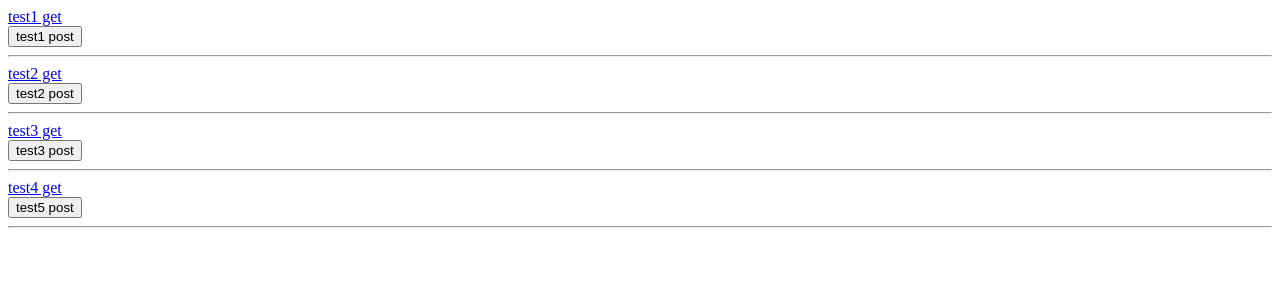
Repository: heojun0827/SpringMvc
Page: http://localhost/RequestMethod/WEB-INF/views/index.jsp
The author's editor kept a copy of each file at every save. The page is drawn from the files as they stood at one save, then again after the next save.
The browser window is 1280 px wide. The pictures show the whole page.
The page is served by Tomcat 9. Nobody is signed in. Other server files are loaded and not shown. The template is opened directly, without the code that normally fills it, so the values that code supplies are empty.

Above is the page before, as saved 2023-06-05 05:34:17.

### RequestMethod/WebContent/WEB-INF/views/index.jsp
<%@ page language="java" contentType="text/html; charset=UTF-8"
    pageEncoding="UTF-8"%>
<!DOCTYPE html>
<html>
<head>
<meta charset="UTF-8">
<title>Insert title here</title>
</head>
<body>
	<a href='test1'>test1 get</a><br>
	<form action='test1' method='post'>
		<button type='submit'>test1 post</button>
	</form><hr>

	<a href='test2'>test2 get</a><br>
		<form action='test2' method='post'>
		<button type='submit'>test2 post</button>
	</form><hr>

	<a href='test3'>test3 get</a><br>
		<form action='test3' method='post'>
		<button type='submit'>test3 post</button>
	</form><hr>

	<a href='test4'>test4 get</a><br>
		<form action='test5' method='post'>
			<button type='submit'>test5 post</button>
		</form><hr>
</body>
</html>

After the next save:
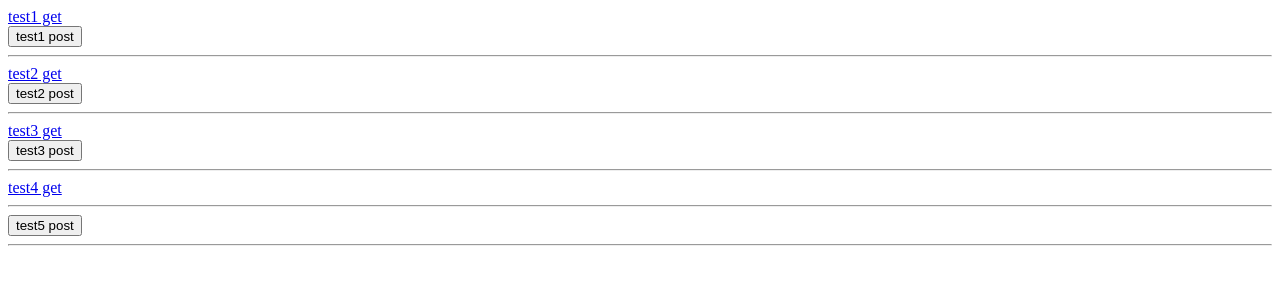
Saved 12 s later.
--- a/RequestMethod/WebContent/WEB-INF/views/index.jsp
+++ b/RequestMethod/WebContent/WEB-INF/views/index.jsp
@@ -22,7 +22,7 @@
 		<button type='submit'>test3 post</button>
 	</form><hr>
 
-	<a href='test4'>test4 get</a><br>
+	<a href='test4'>test4 get</a><hr>
 		<form action='test5' method='post'>
 			<button type='submit'>test5 post</button>
 		</form><hr>
